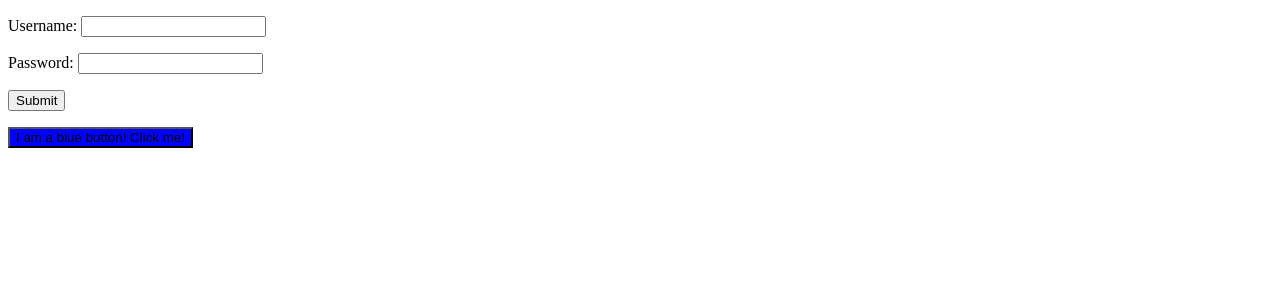
Repository: Jtho28/4830-group-project
Page: Esports-webproj/src/main/webapp/WEB-INF/Login.html
These files come from the project's save history. The page is drawn as it stood at one moment and after the next save; the edit follows.
The browser window is 1280 px wide. The pictures show the whole page.

Above is the page before, as saved 2022-11-16 20:27:54.

After the next save:
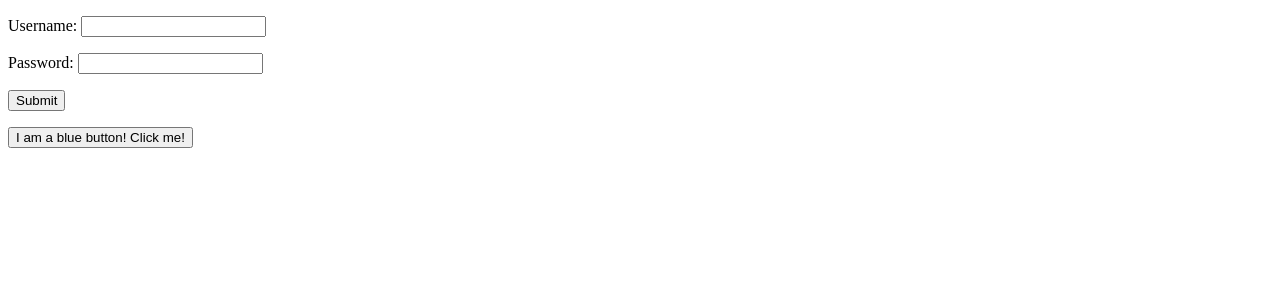
Saved 28 s later.
--- a/Esports-webproj/src/main/webapp/WEB-INF/Login.html
+++ b/Esports-webproj/src/main/webapp/WEB-INF/Login.html
@@ -9,7 +9,7 @@
 <p>Username: <input type="text" name="username" /></p>
 <p>Password: <input type="text" name="password" /></p>
 <p><input type="submit" /></p>
-<p><button style="background-color: blue;" type="button">
+<p><button type="button">
 I am a blue button! Click me!
 </button>
 </form>
